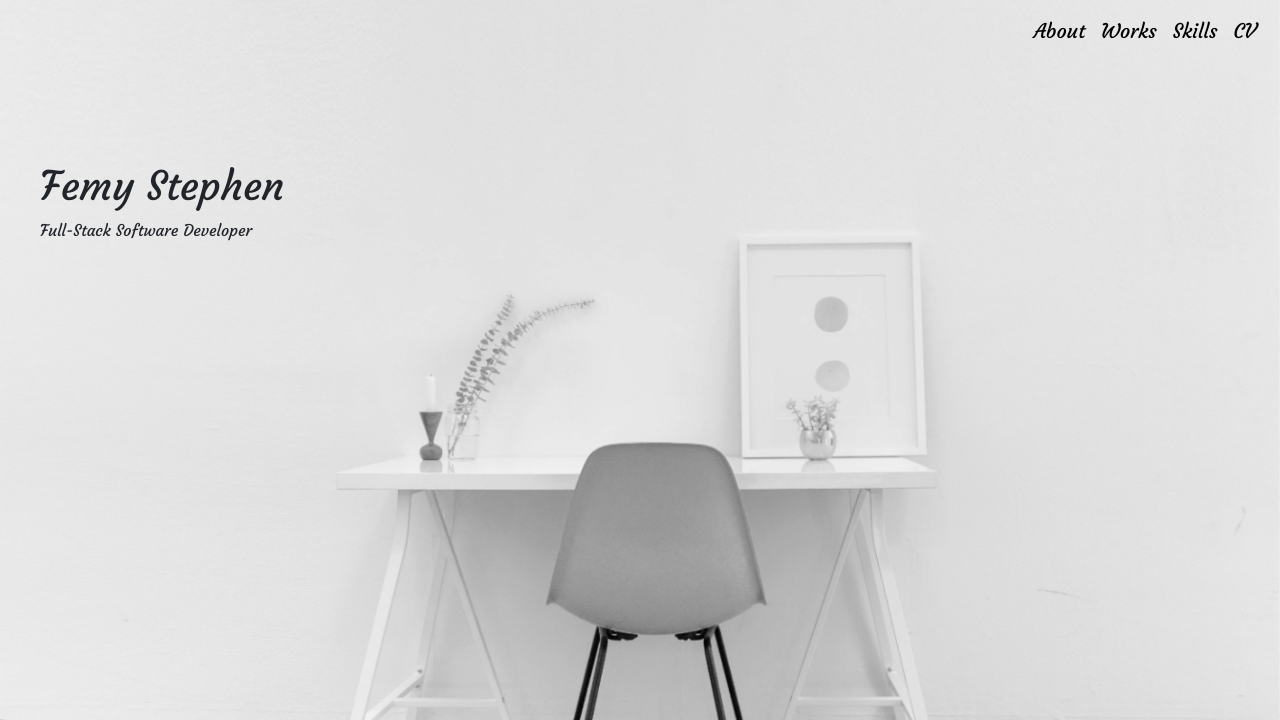
Repository: femy16/FemyStephen
Page: index.html
The author's editor kept a record of every edit. The page is drawn from the files as they stood at one moment, then again after the next edit.
The browser window is 1280 px wide. The pictures show the whole page.
Some web libraries are served in a nearby version.

Above is the page before.
Not found: hover.css

After the next edit:
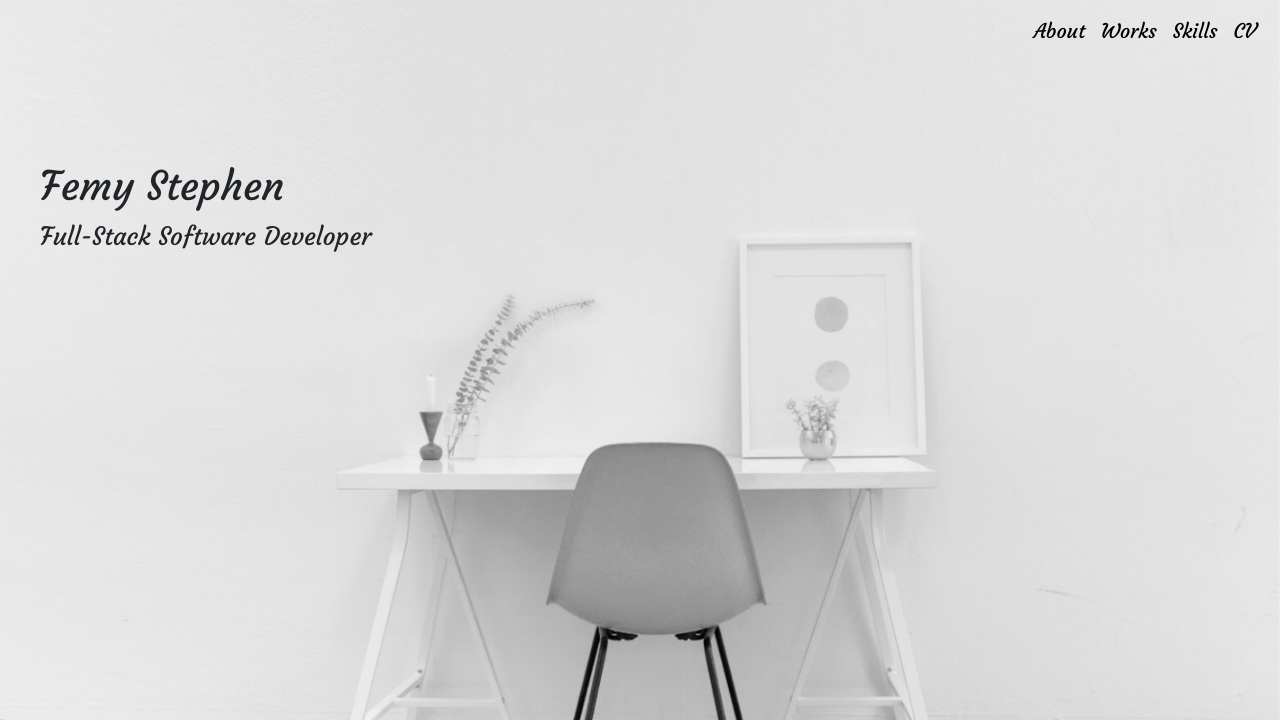
The edit:
--- a/style.css
+++ b/style.css
@@ -55,3 +55,9 @@ body{
    font-family: 'Courgette', cursive;
 
 }
+.title{
+    font-size:25px;
+
+
+
+}
